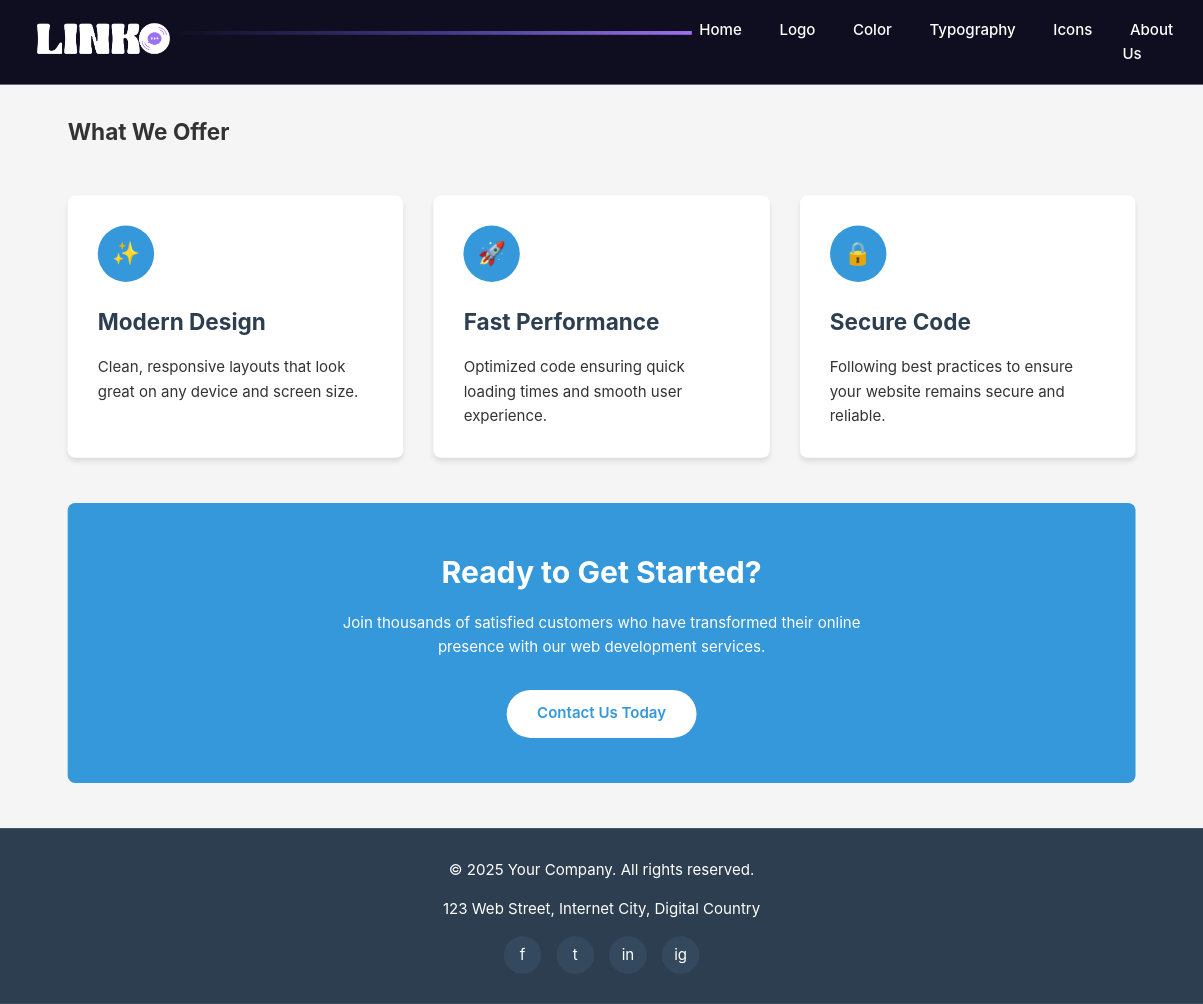
Repository: primcharlin/LINKO-A5Styleguide
Page: index.html
These files come from the project's save history. The page is drawn as it stood at one moment and after the next save; the edit follows.
The browser window is 1280 px wide. The pictures show the whole page, at 94% of full size.

Above is the page before, as saved 2025-04-09 14:18:09.

After the next save:
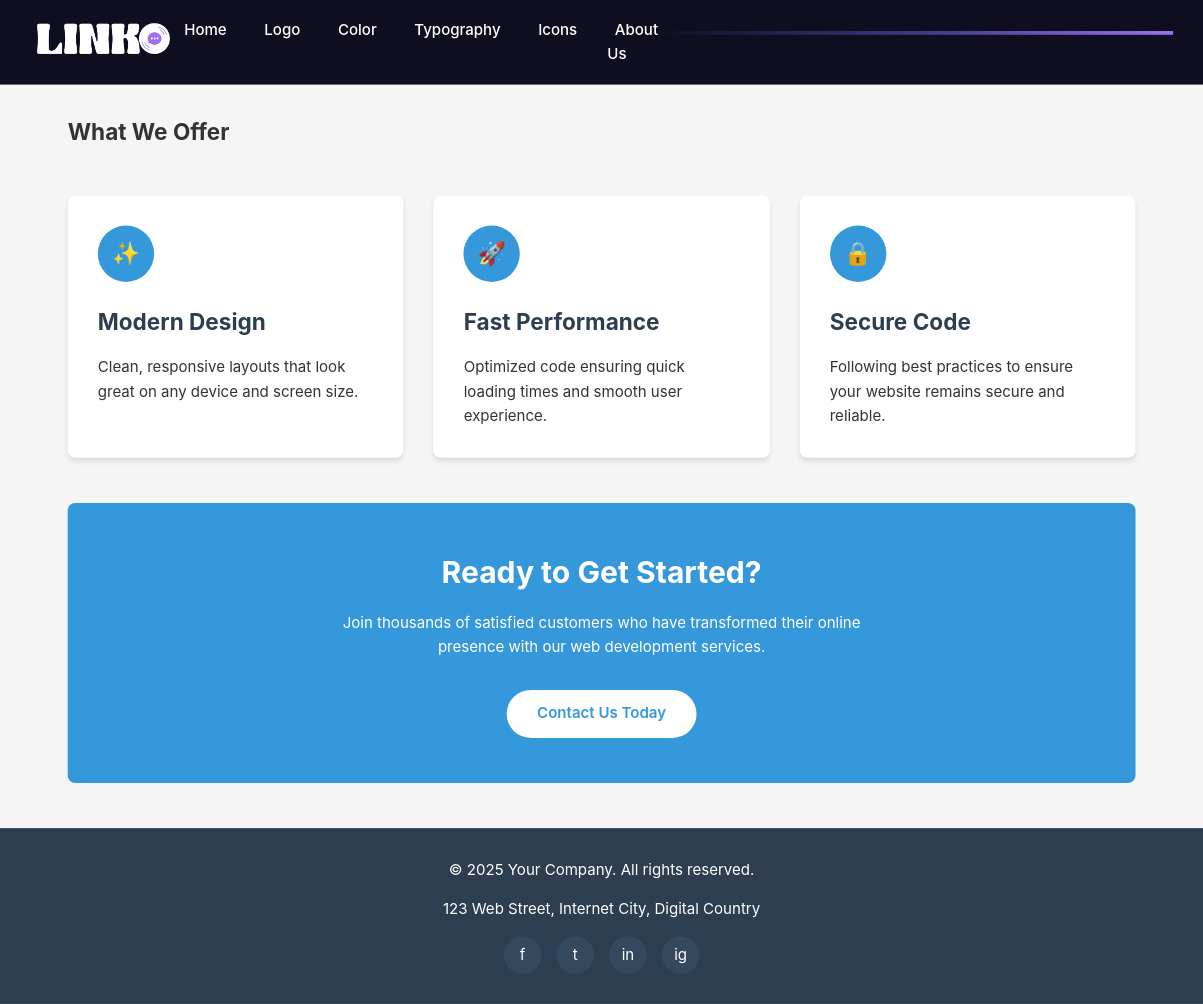
Saved 26 s later.
--- a/index.html
+++ b/index.html
@@ -11,7 +11,6 @@
         <div class="logo">
             <img src="img/linko-logo.png" alt="LINKO Logo">
         </div>
-        <div class="nav-divider"></div>
 
         <nav>
             <ul>
@@ -23,6 +22,7 @@
                 <li><a href="#">About Us</a></li>
             </ul>
         </nav>
+        <div class="nav-divider"></div>
     </header>
 
     <main>
